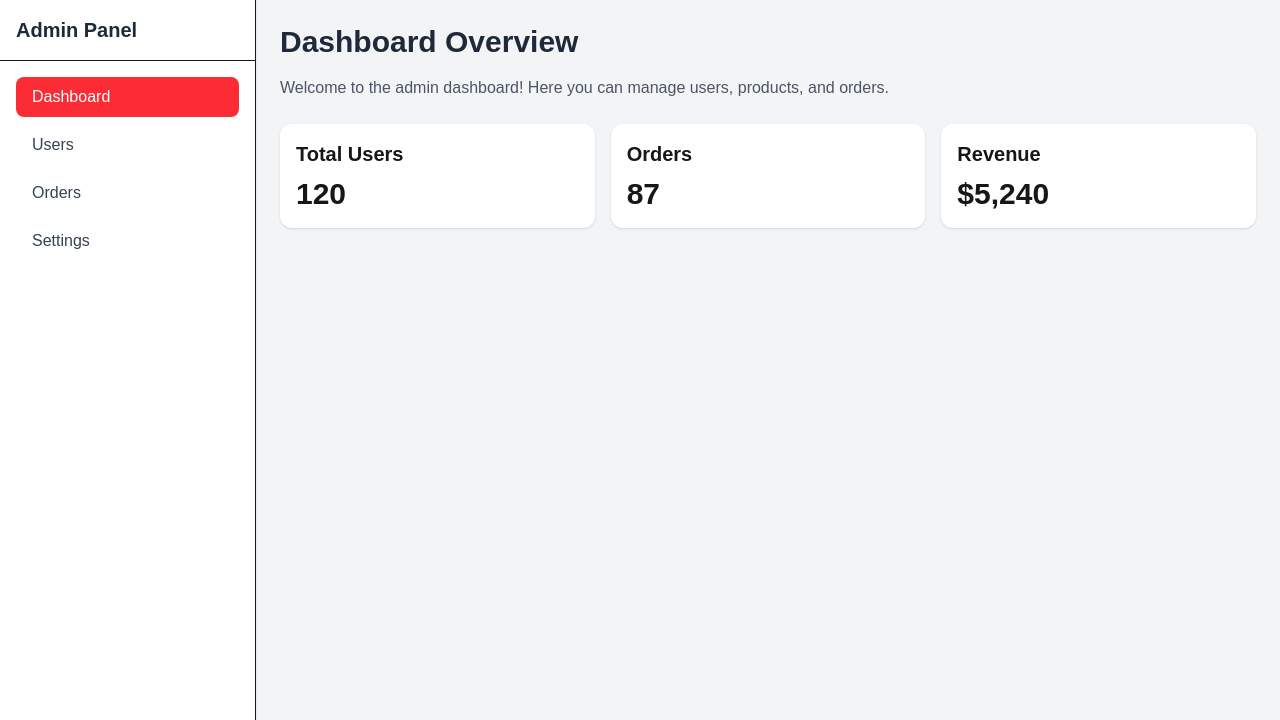
Repository: mdmuhibullahhabib/missionissb
Page: /admin/dashboard
The author's editor kept a copy of each file at every save. The page is drawn from the files as they stood at one save, then again after the next save.
The browser window is 1280 px wide. The pictures show the whole page.
The project was rebuilt for these pictures with package versions that can differ from the ones it lists, and the page was loaded fresh each time. The framework's server and built-in components were replaced by stand-ins that run in the browser. Also part of the build but not shown: next.config.mjs, components/shared/Footer.jsx, components/user/UserDrawerMenu.jsx, components/shared/Navbar.jsx.

Above is the page before, as saved 2025-12-09 23:04:17.

After the next save:
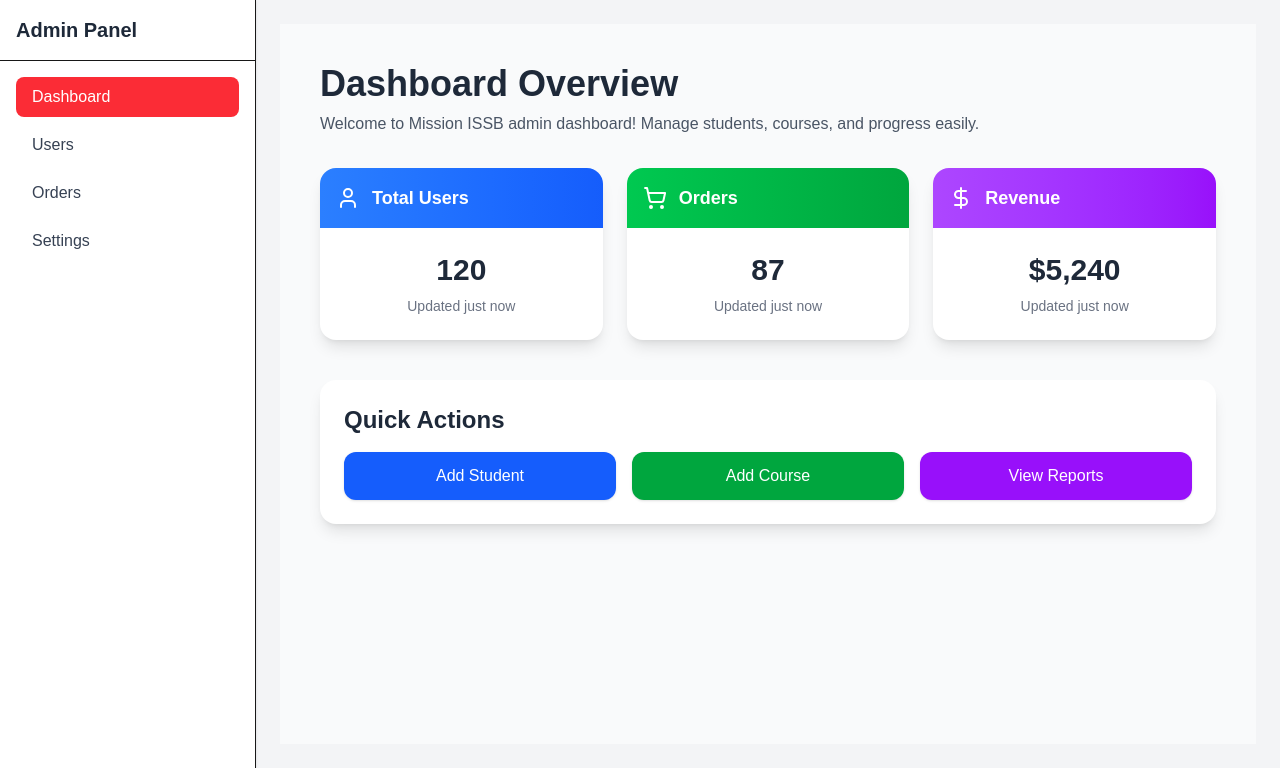
Saved 5 min 37 s later.
--- a/app/admin/dashboard/page.jsx
+++ b/app/admin/dashboard/page.jsx
@@ -1,25 +1,60 @@
+"use client";
+import React from "react";
+import { User, ShoppingCart, DollarSign } from "lucide-react";
+
 export default function DashboardPage() {
+  // Fake dashboard data
+  const stats = [
+    { id: 1, title: "Total Users", value: 120, icon: <User className="w-6 h-6" />, color: "from-blue-500 to-blue-600" },
+    { id: 2, title: "Orders", value: 87, icon: <ShoppingCart className="w-6 h-6" />, color: "from-green-500 to-green-600" },
+    { id: 3, title: "Revenue", value: "$5,240", icon: <DollarSign className="w-6 h-6" />, color: "from-purple-500 to-purple-600" }
+  ];
+
   return (
-    <div>
-      <h1 className="text-3xl font-bold text-gray-800 mb-4">Dashboard Overview</h1>
-      <p className="text-gray-600">
-        Welcome to the admin dashboard! Here you can manage users, products, and orders.
-      </p>
+    <div className="min-h-screen bg-gray-50 p-6 md:p-10">
+      {/* Header */}
+      <div className="mb-8">
+        <h1 className="text-4xl font-bold text-gray-800 mb-2">Dashboard Overview</h1>
+        <p className="text-gray-600">
+          Welcome to Mission ISSB admin dashboard! Manage students, courses, and progress easily.
+        </p>
+      </div>
 
-      <div className="grid md:grid-cols-3 gap-4 mt-6">
-        <div className="bg-white p-4 rounded-xl shadow">
-          <h2 className="text-xl font-semibold">Total Users</h2>
-          <p className="text-3xl font-bold mt-2">120</p>
-        </div>
+      {/* Stats Cards */}
+      <div className="grid md:grid-cols-3 sm:grid-cols-2 grid-cols-1 gap-6">
+        {stats.map((stat) => (
+          <div
+            key={stat.id}
+            className="bg-white rounded-2xl shadow-lg overflow-hidden transform hover:scale-105 transition-all duration-300"
+          >
+            {/* Gradient Header */}
+            <div className={`bg-gradient-to-r ${stat.color} p-4 flex items-center gap-3`}>
+              <div className="text-white">{stat.icon}</div>
+              <h2 className="text-white font-semibold text-lg">{stat.title}</h2>
+            </div>
 
-        <div className="bg-white p-4 rounded-xl shadow">
-          <h2 className="text-xl font-semibold">Orders</h2>
-          <p className="text-3xl font-bold mt-2">87</p>
-        </div>
+            {/* Value */}
+            <div className="p-6 text-center">
+              <p className="text-3xl font-bold text-gray-800">{stat.value}</p>
+              <p className="text-gray-500 mt-2 text-sm">Updated just now</p>
+            </div>
+          </div>
+        ))}
+      </div>
 
-        <div className="bg-white p-4 rounded-xl shadow">
-          <h2 className="text-xl font-semibold">Revenue</h2>
-          <p className="text-3xl font-bold mt-2">$5,240</p>
+      {/* Optional Section */}
+      <div className="mt-10 bg-white p-6 rounded-2xl shadow-lg">
+        <h2 className="text-2xl font-semibold text-gray-800 mb-4">Quick Actions</h2>
+        <div className="grid sm:grid-cols-3 grid-cols-1 gap-4">
+          <button className="py-3 px-5 bg-blue-600 text-white rounded-xl shadow hover:bg-blue-700 transition">
+            Add Student
+          </button>
+          <button className="py-3 px-5 bg-green-600 text-white rounded-xl shadow hover:bg-green-700 transition">
+            Add Course
+          </button>
+          <button className="py-3 px-5 bg-purple-600 text-white rounded-xl shadow hover:bg-purple-700 transition">
+            View Reports
+          </button>
         </div>
       </div>
     </div>
